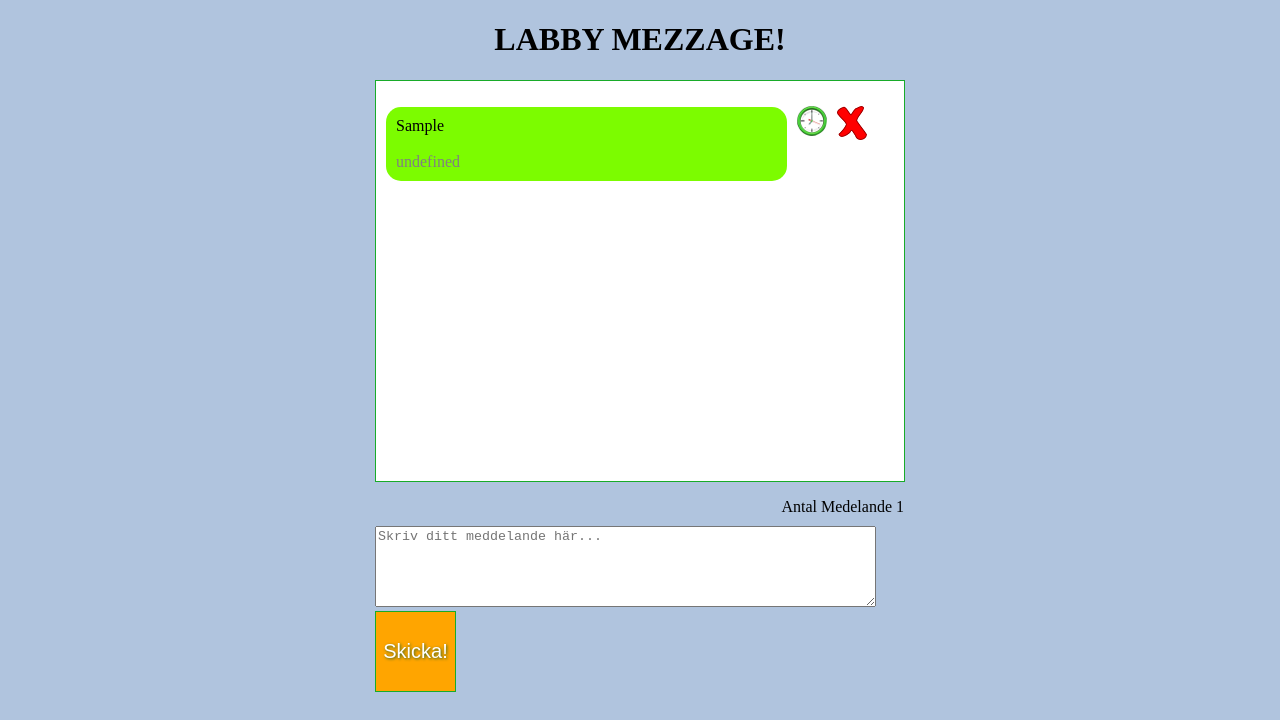
Repository: al223gv/1dv403-al223gv-laborationer
Page: 2-labbymezzage/index.html
The author's editor kept a record of every edit. The page is drawn from the files as they stood at one moment, then again after the next edit.
The browser window is 1280 px wide. The pictures show the whole page.
Empty fields were first filled with sample values (such as "Sample", 5 or name@example.com).
After loading, the first visible `#button` was clicked once.

Above is the page before.

After the next edit:
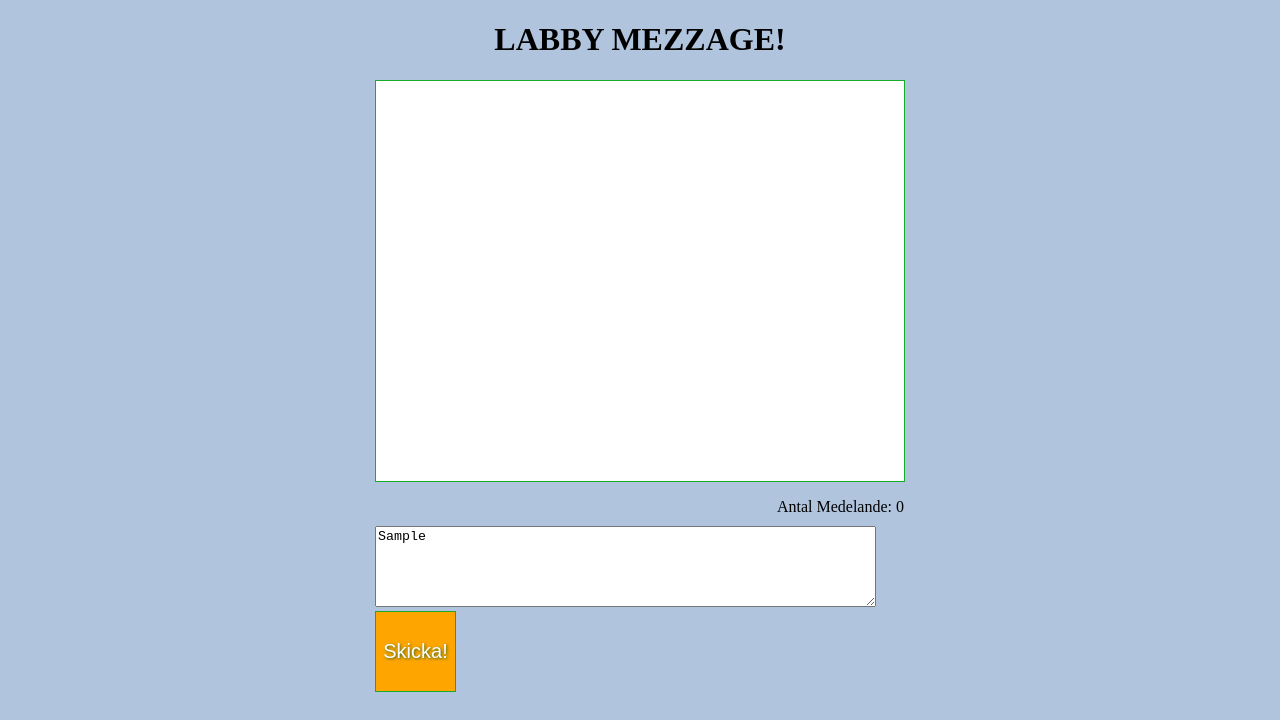
Console error: ReferenceError: hours is not defined
The edit:
--- a/2-labbymezzage/Message.js
+++ b/2-labbymezzage/Message.js
@@ -19,6 +19,25 @@
         var h = this.getDate().getHours();
         var m = this.getDate().getMinutes();
         var s = this.getDate().getSeconds();
+
+        if(this.getDate().getHours() < 10){
+            hours = "0" + this.getDate().getHours();
+        }
+        else{
+            hours = this.getDate().getHours();
+        }
+        if(this.getDate().getMinutes() < 10){
+            minutes = "0" + this.getDate().getMinutes();
+        }
+        else{
+            m = this.getDate().getMinutes();
+        }
+        if(this.getDate().getSeconds() < 10){
+            seconds = "0" + this.getDate().getSeconds();
+        }
+        else{
+            seconds = this.getDate().getSeconds();
+        }
     };
 
     Message.prototype.toString = function(){

After the 5 edits that followed:
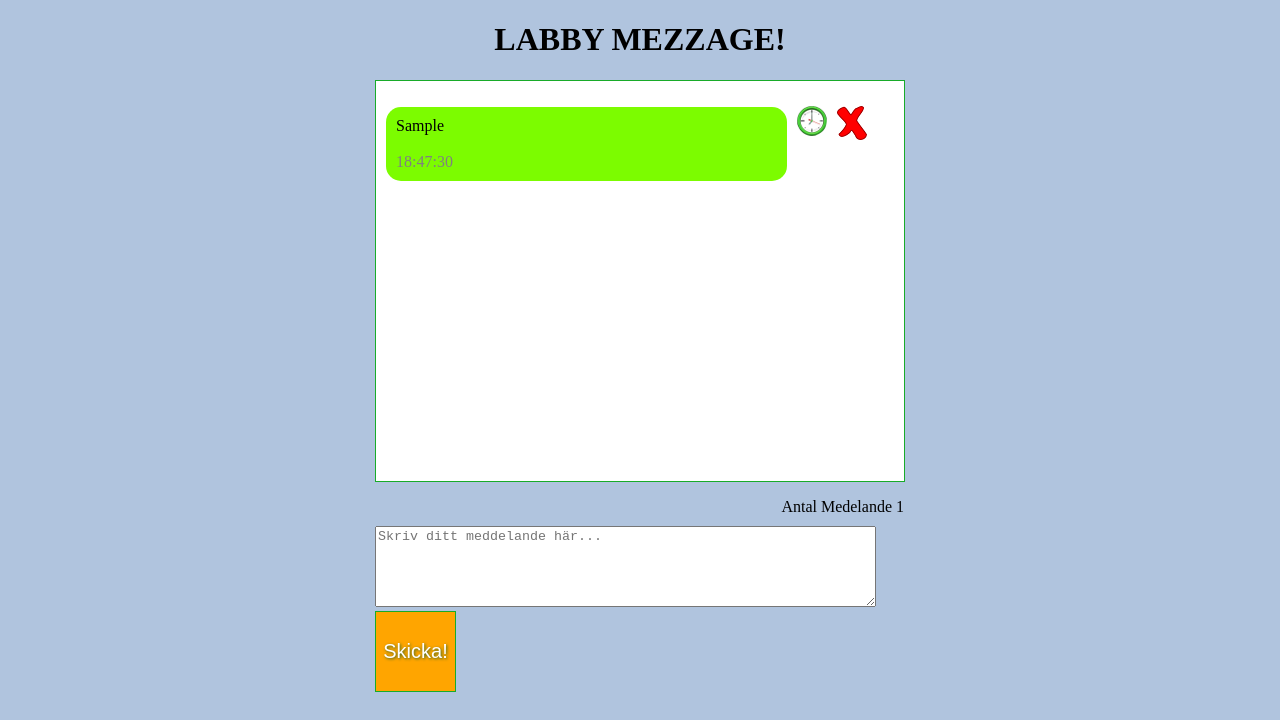
The error is gone.
The 5 edits are shown as one change because 4 left the picture as it was.
The edit:
--- a/2-labbymezzage/Message.js
+++ b/2-labbymezzage/Message.js
@@ -21,23 +21,24 @@
         var s = this.getDate().getSeconds();
 
         if(this.getDate().getHours() < 10){
-            hours = "0" + this.getDate().getHours();
+            h = "0" + this.getDate().getHours();
         }
         else{
-            hours = this.getDate().getHours();
+            h = this.getDate().getHours();
         }
         if(this.getDate().getMinutes() < 10){
-            minutes = "0" + this.getDate().getMinutes();
+            m = "0" + this.getDate().getMinutes();
         }
         else{
             m = this.getDate().getMinutes();
         }
         if(this.getDate().getSeconds() < 10){
-            seconds = "0" + this.getDate().getSeconds();
+            s = "0" + this.getDate().getSeconds();
         }
         else{
-            seconds = this.getDate().getSeconds();
+            s = this.getDate().getSeconds();
         }
+        return h + ":" + m + ":" + s;
     };
 
     Message.prototype.toString = function(){
